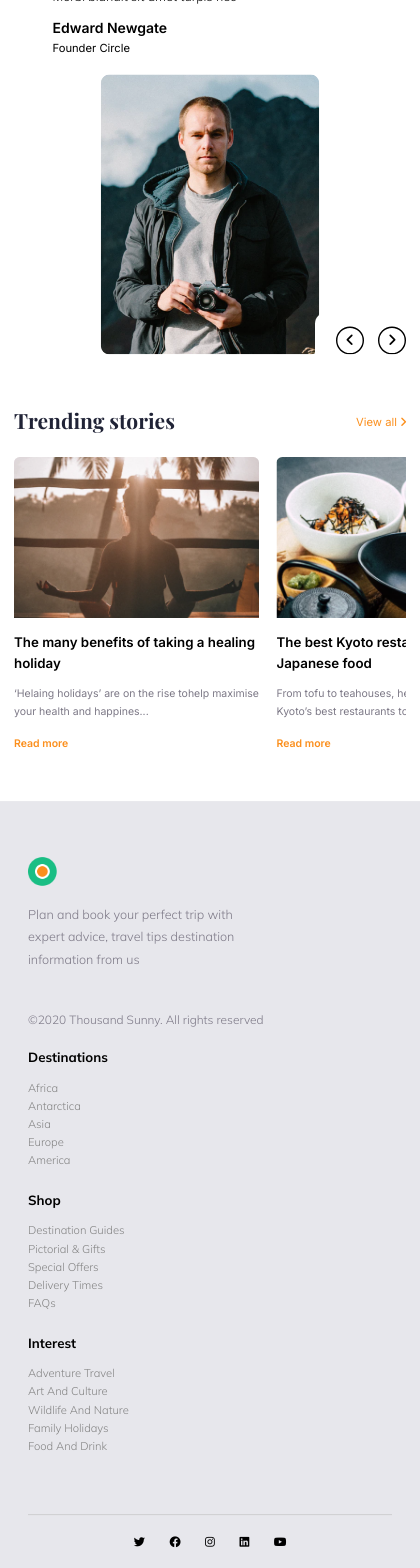
Repository: tranvinhluan/Explore---Travel
Page: index.html
An editor plug-in stored every save of this project. The page is shown before and after the next save, followed by the edit.
The browser window is 600 px wide. The pictures show the part of the page from y = 3729 to 5969 px (the page is 5969 px tall before and 5929 px after), at 70% of full size.
The style sheet was rebuilt from its Sass, Less or Tailwind sources for each picture, by a compiler version that may differ from the author's.

Above is the page before, as saved 2022-01-21 09:45:58.

After the next save:
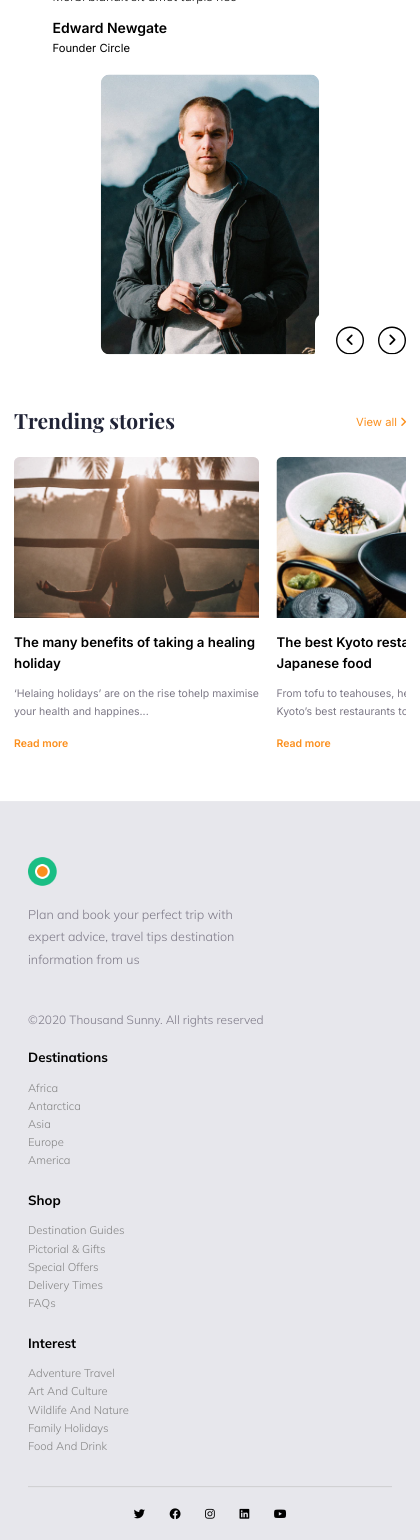
Saved 8 s later.
--- a/sass/_footer.scss
+++ b/sass/_footer.scss
@@ -63,7 +63,7 @@
         display: grid;
         grid-template-columns: none;
         grid-gap: 30px 40px;
-        padding-bottom: 80px;
+        padding-bottom: 40px;
       }
     }
 
